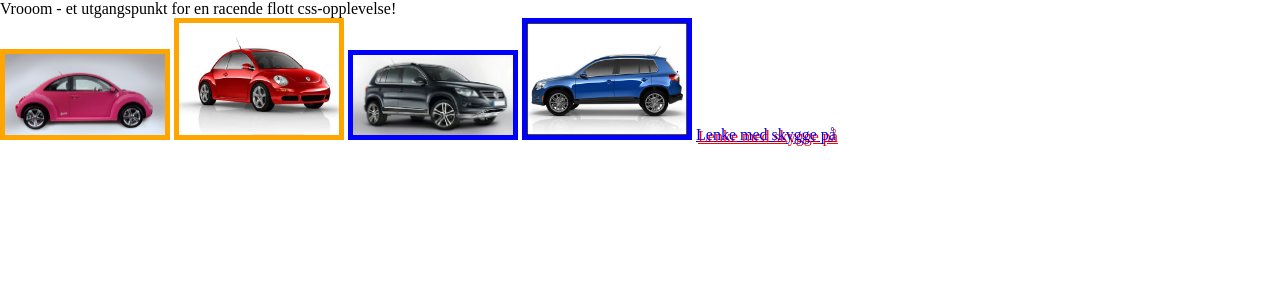
Repository: mesan/css-kurs
Page: kode/wroom/index.html
The author's editor kept a copy of each file at every save. The page is drawn from the files as they stood at one save, then again after the next save.
The browser window is 1280 px wide. The pictures show the whole page.

Above is the page before, as saved 2013-01-17 11:20:29.

After the next save:
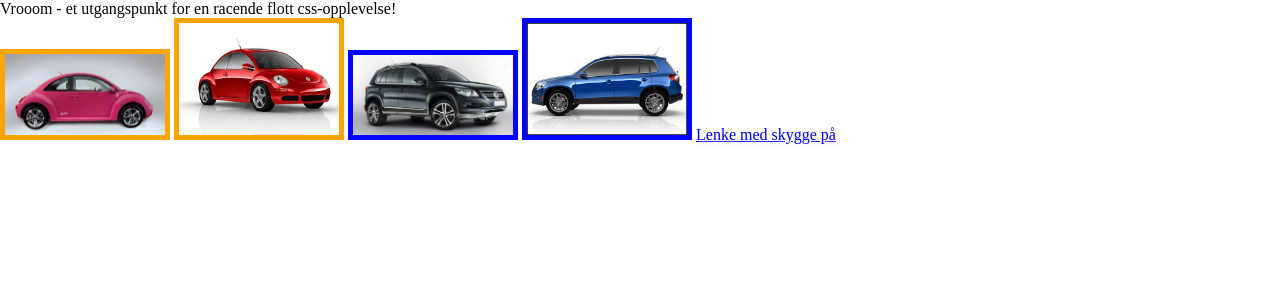
Saved 2 min 31 s later.
--- a/kode/wroom/styles/examples.css
+++ b/kode/wroom/styles/examples.css
@@ -19,5 +19,5 @@ img[src$=".jpg"]{
 
 /*Velger alle a-elementer på siden hvis href-atributt inneholder  "#" */
 a[href*="#"]{
-    text-shadow: 2px 2px #ff0000;
+    text-shadow: 2px 2px 5px #EBEBEB;
 }
